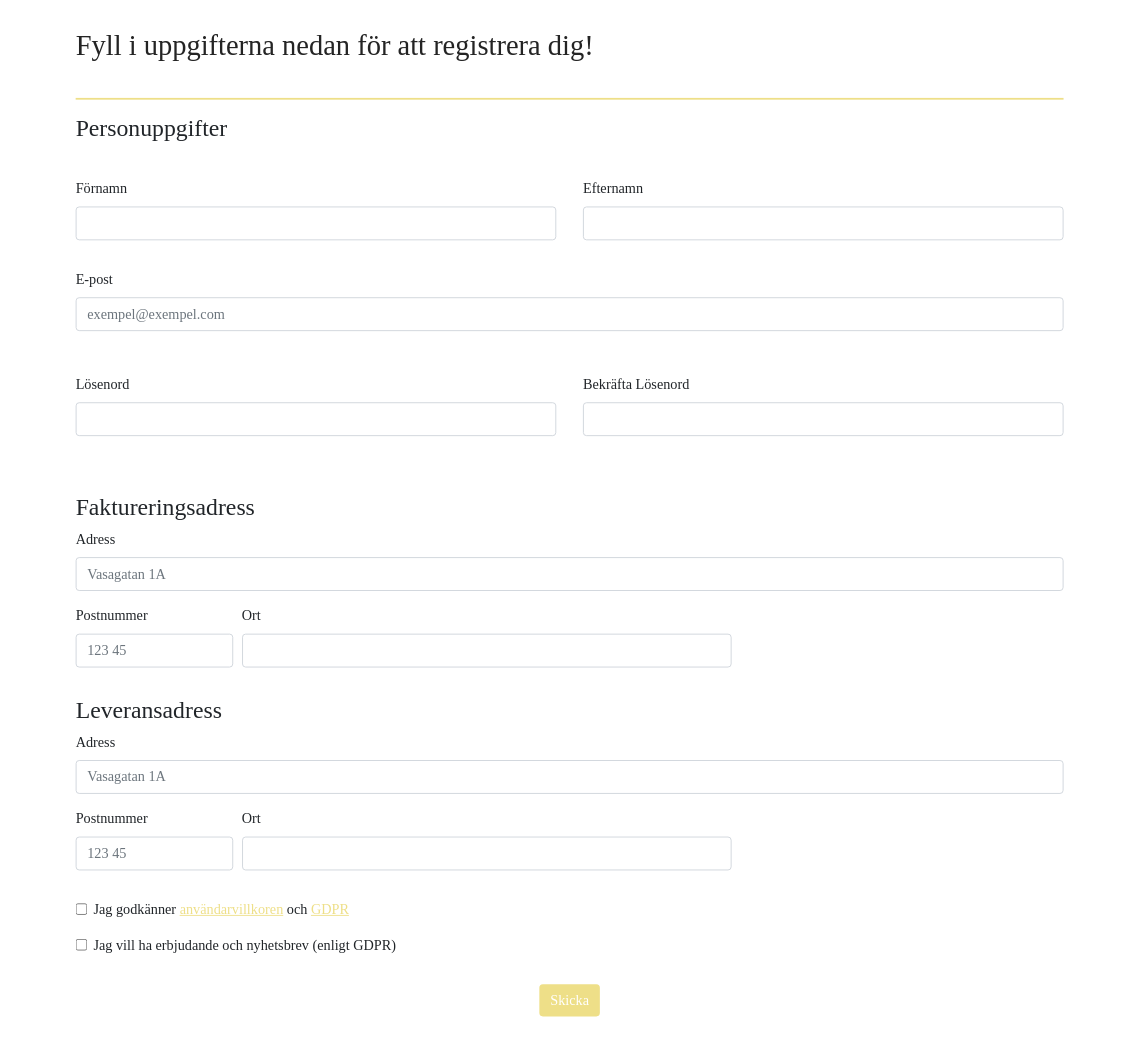
Repository: skepp4rn/Liamsuppgift3
Page: index.html
These files come from the project's save history. The page is drawn as it stood at one moment and after the next save; the edit follows.
The browser window is 1280 px wide. The pictures show the whole page, at 89% of full size.
Some web libraries are served in a nearby version.

Above is the page before, as saved 2020-12-06 13:28:21.
Console error (its wording comes from the project's code and is left out).

After the next save:
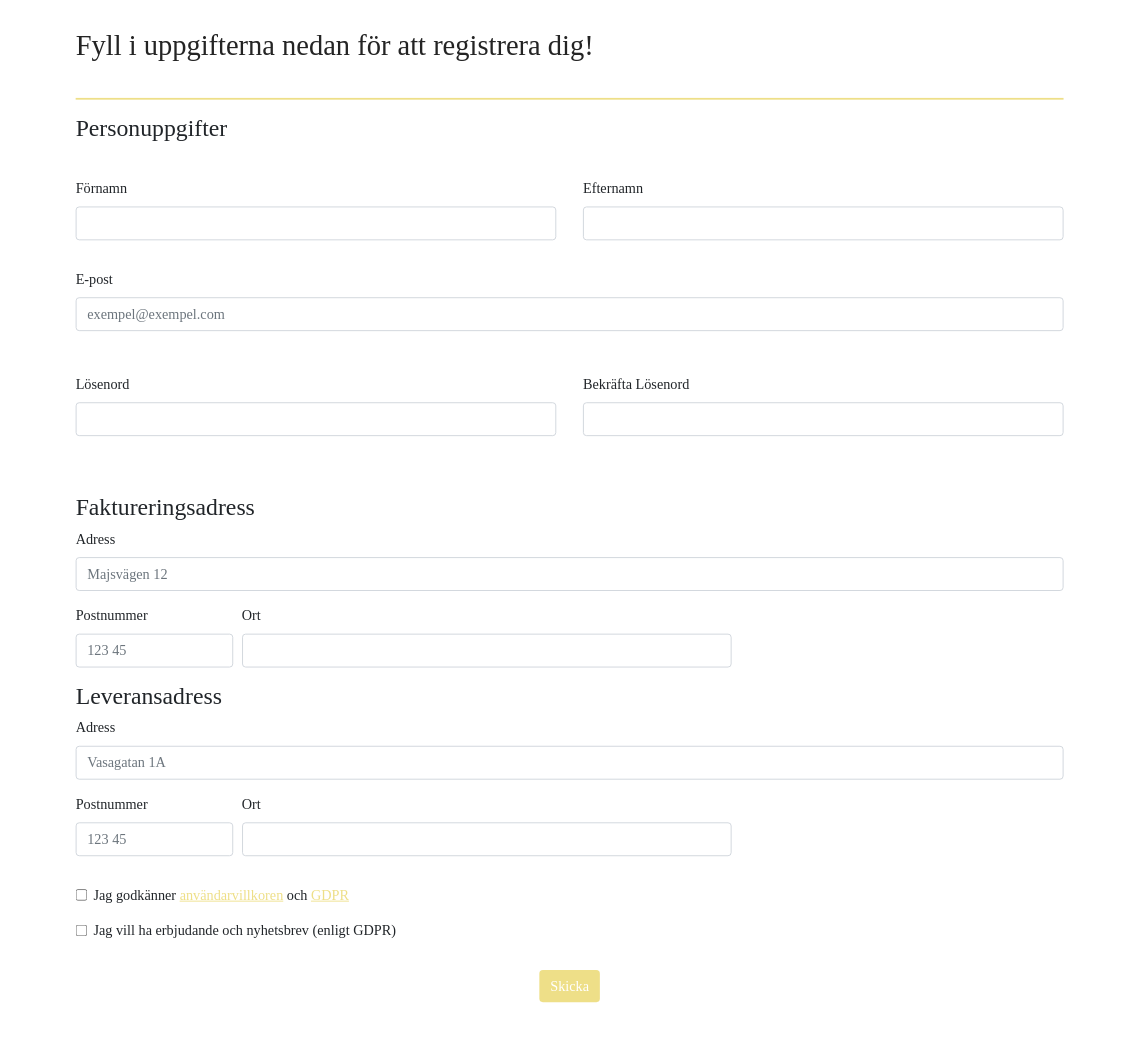
Saved 37 s later.
--- a/index.html
+++ b/index.html
@@ -68,7 +68,7 @@
 
         <div class="form-group">
             <label for="inputAddress">Adress</label>
-            <input type="text" class="form-control" id="inputAddress" placeholder="Vasagatan 1A" required>
+            <input type="text" class="form-control" id="inputAddress" placeholder="Majsvägen 12" required>
         </div>
 
 
@@ -77,7 +77,7 @@
                 <label for="inputZip">Postnummer</label>
                 <input type="text" class="form-control" id="inputZip" placeholder="123 45" required>
             </div>
-            <div class="form-group col-md-6 bottenspace">
+            <div class="form-group col-md-6 bottom">
                 <label for="inputCity">Ort</label>
                 <input type="text" class="form-control" id="inputCity" required>
             </div>
